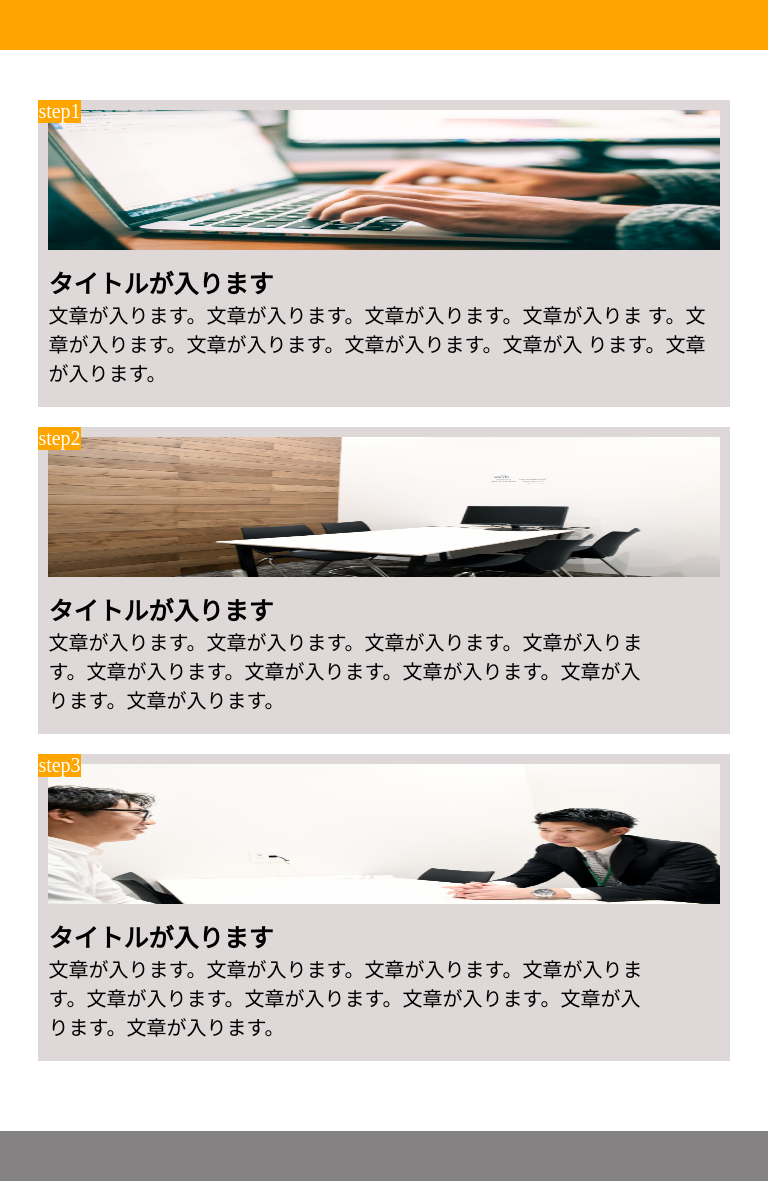
Repository: ishidaryu/ishidaryu
Page: HW/HW.html
The author's editor kept a record of every edit. The page is drawn from the files as they stood at one moment, then again after the next edit.
The browser window is 768 px wide. The pictures show the whole page.

Above is the page before.

After the next edit:
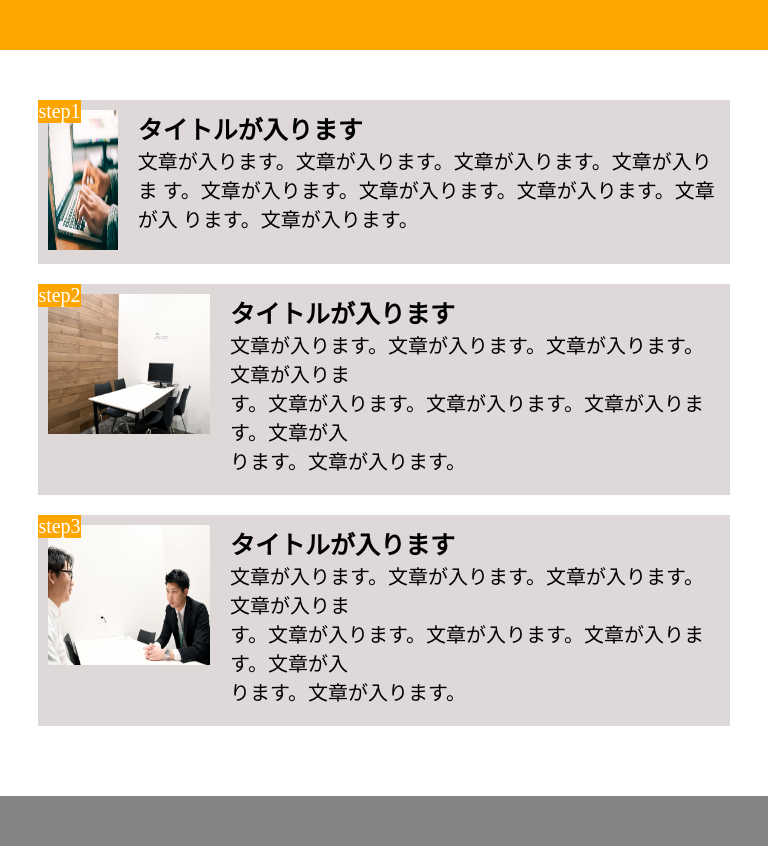
The edit:
--- a/HW/HW.css
+++ b/HW/HW.css
@@ -119,7 +119,7 @@
 
   @media screen and (max-width: 769px) {
     .blog-item {
-    width: 50%;
+    display: flex
   }
 
   @media screen and (max-width: 768px) {
